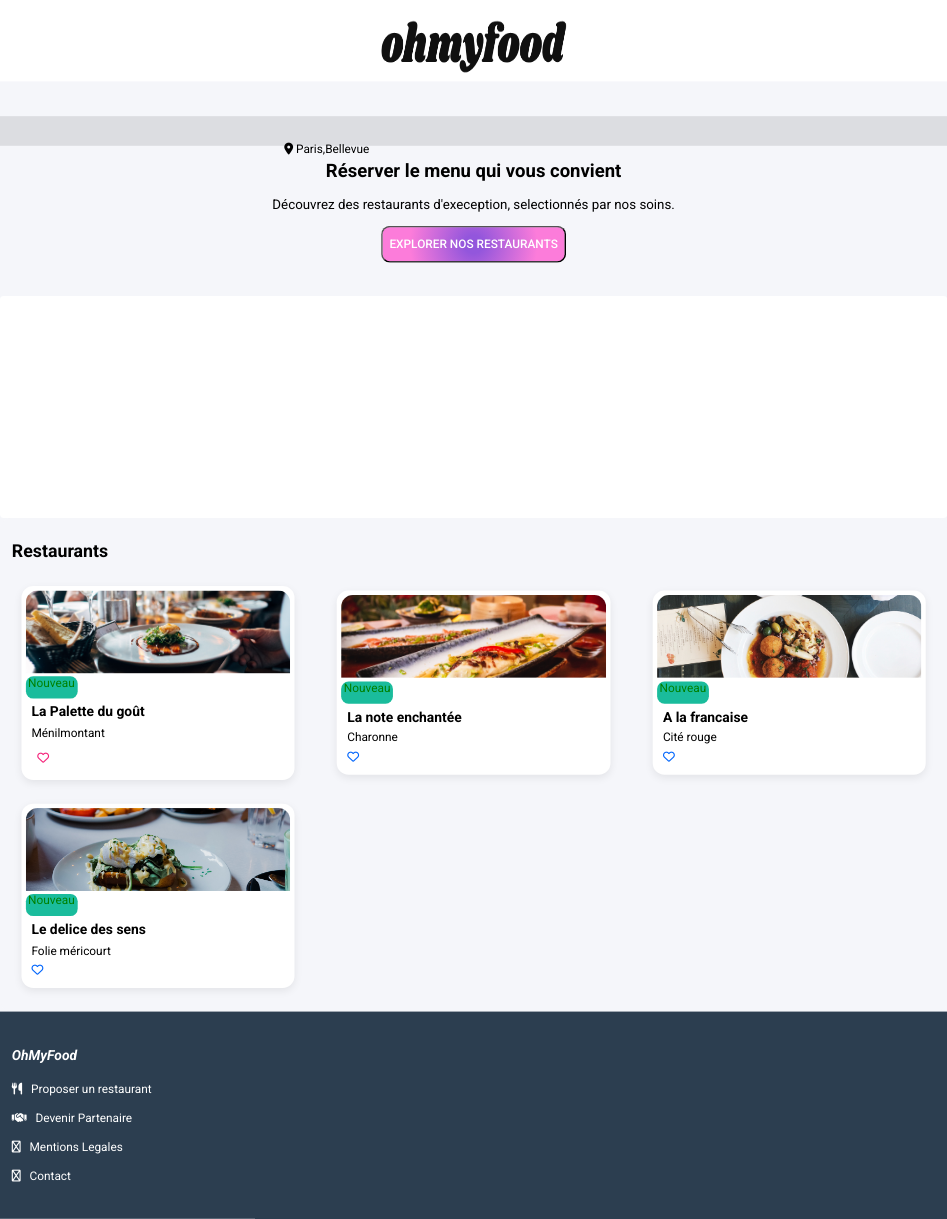
Repository: ultraasedev/ohmyfood
Page: index.html
An editor plug-in stored every save of this project. The page is shown before and after the next save, followed by the edit.
The browser window is 1280 px wide. The pictures show the whole page, at 74% of full size.
Some web fonts or font styles are not loaded; a fallback is used. Some web libraries are served in a nearby version.

Above is the page before, as saved 2022-10-27 18:27:25.

After the next save:
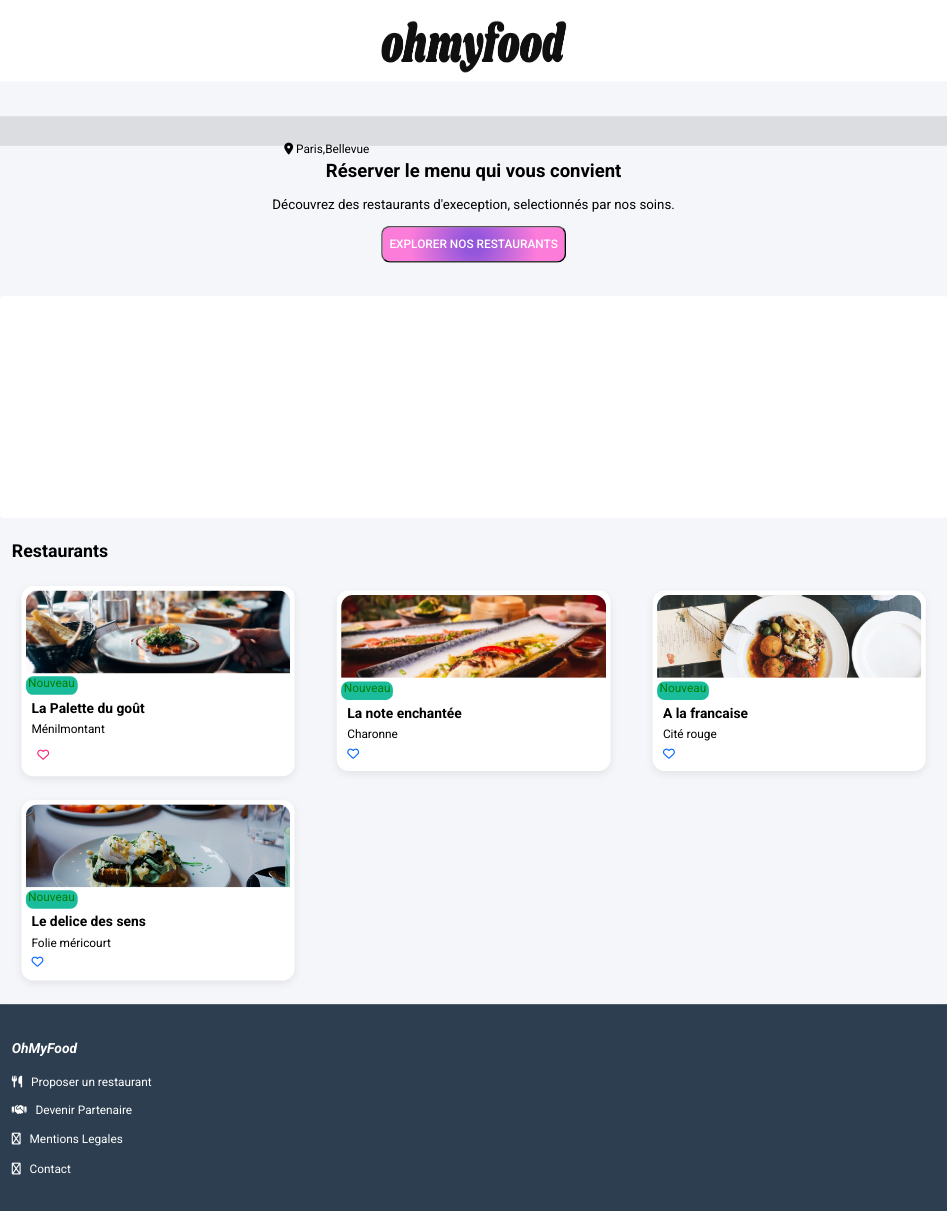
Saved 14 s later.
--- a/css/style.css
+++ b/css/style.css
@@ -145,7 +145,7 @@ header{
 .cont-art .resto-card .new{
   background-color: #1abc9c;
   color: green;
-  height: 30px;
+  height: 25px;
   width: 70px;
   text-align: center;
   border-radius: 10px;
